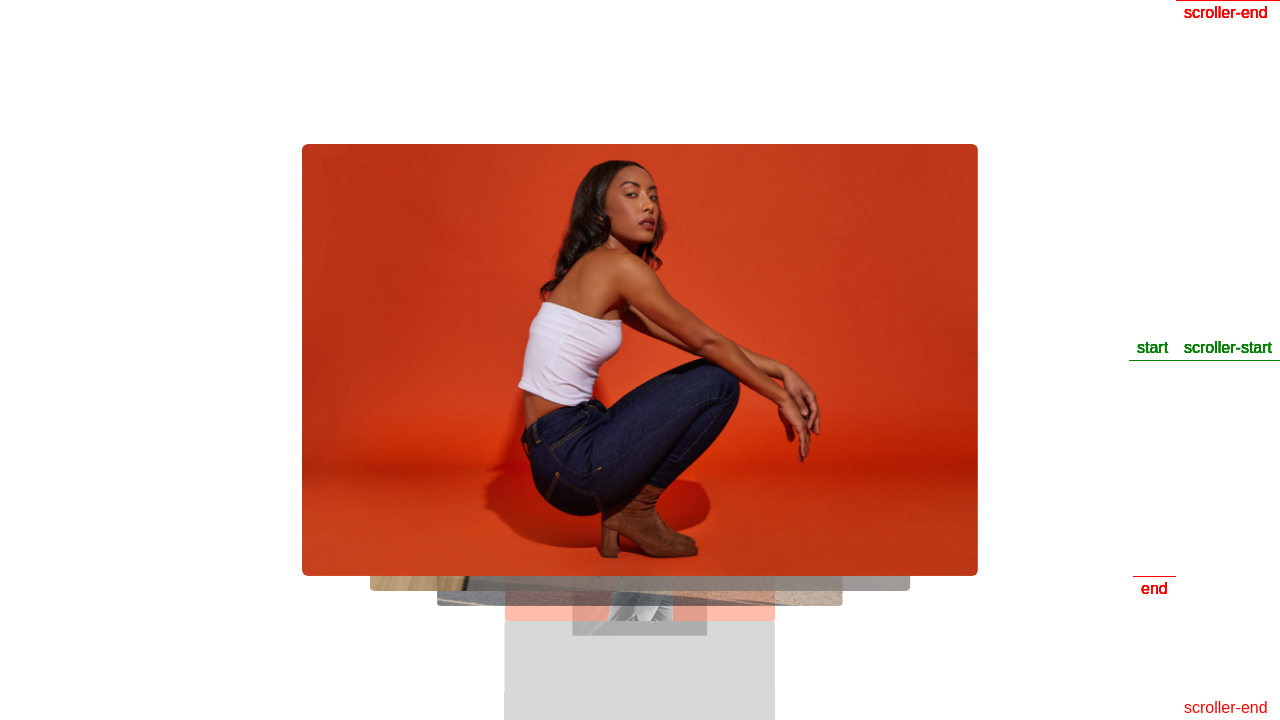
Repository: lwygold/motion
Page: layout/이미지 위로 계속 올라가는레이아웃.html
An editor plug-in stored every save of this project. The page is shown before and after the next save, followed by the edit.
The browser window is 1280 px wide. The pictures show the window.
Pictures or frames that could not be fetched are drawn as grey boxes. A layer covers the whole window, so only the first screen is drawn.

Above is the page before, as saved 2023-02-20 17:23:44.

### layout/이미지 위로 계속 올라가는레이아웃.html
<!DOCTYPE html>
<html lang="ko">

<head>
    <meta http-equiv="Content-Type" content="text/html;charset=utf-8" />
    <meta name="viewport" content="width=device-width, user-scalable=no, target-densitydpi=medium-dpi" />
    <meta name="apple-mobile-web-app-capable" content="yes" />
    <meta name="format-detection" content="telephone=no" />
    <meta http-equiv="X-UA-Compatible" content="IE=edge" />
    <meta http-equiv="x-rim-auto-match" content="none" />
    <link rel="shortcut icon" href="./images/favicon.ico" />
    <link rel="stylesheet" type="text/css" href="../assets/css/slick.css" />
    <link rel="stylesheet" type="text/css" href="../assets/css/common.css" />
    <link rel="stylesheet" type="text/css" href="../assets/css/main.css" />
    <link rel="stylesheet" type="text/css" href="../assets/css/sub.css" />
    <title>테스트</title>
    <script src="../assets/js/jquery-3.3.1.min.js"></script>
    <script src="../assets/js/jquery-ui.min.js"></script>
    <script src="../assets/js/slick.min.js"></script>
    <script src="../assets/js/gsap.js"></script>
    <script src="../assets/js/gsap_scroll_trigger.js"></script>
    <script src="../assets/js/green.js"></script>
    <script src="../assets/js/common.js"></script>
    <script src="../assets/js/main.js"></script>
    <script src="../assets/js/sub.js"></script>
</head>

<style>
    section {
        width: 100vw;
        height: 100vh;
    }

    section ul {
        align-items: center;
        display: flex;
        height: 100%;
        justify-content: center;
        left: 0;
        position: fixed;
        top: 0;
        width: 100%;
        max-height: 100vh;
    }

    section ul li {
        border-radius: 0.4861111111vw;
        cursor: pointer;
        height: 60vh;
        overflow: hidden;
        position: absolute;
        -webkit-transform-origin: bottom;
        transform-origin: bottom;
        width: 52.7777777744vw;
        will-change: transform, opacity;
    }



    section ul li:nth-child(1) {
        z-index: 5;
    }

    section ul li:nth-child(2) {
        z-index: 4;
    }

    section ul li:nth-child(3) {
        z-index: 3;
    }

    section ul li:nth-child(4) {
        z-index: 2;
    }

    section ul li:nth-child(5) {
        z-index: 1;
    }


    section ul li div {
        height: 100%;
        -webkit-transform: none;
        transform: none;
        transition: -webkit-transform 1.2s cubic-bezier(.165, .84, .44, 1);
        transition: transform 1.2s cubic-bezier(.165, .84, .44, 1);
        transition: transform 1.2s cubic-bezier(.165, .84, .44, 1), -webkit-transform 1.2s cubic-bezier(.165, .84, .44, 1);
        width: 100%;
        will-change: transform;
    }

    section ul li div img {
        height: 100%;
        -o-object-fit: cover;
        object-fit: cover;
        -o-object-position: center;
        object-position: center;
        width: 100%;
        -webkit-transform: none;
        transform: none;
        -webkit-transform-origin: center;
        transform-origin: center;
        transition: -webkit-transform 1.6s cubic-bezier(.165, .84, .44, 1);
        transition: transform 1.6s cubic-bezier(.165, .84, .44, 1);
        transition: transform 1.6s cubic-bezier(.165, .84, .44, 1), -webkit-transform 1.6s cubic-bezier(.165, .84, .44, 1);
        width: 100%;
        will-change: transform;
    }

    section ul li div img:hover {
        -webkit-transform: scale(1.1);
        transform: scale(1.1);
    }
</style>

<body>

    <section class="s1">
        <ul>
            <li class="panel s1-1 panel_first">
                <div>
                    <img src="./images/1.jpg" alt="">
                </div>
            </li>
            <li class="panel s1-2">
                <div>
                    <img src="./images/2.jpg" alt="">
                </div>
            </li>
            <li class="panel s1-3">
                <div>
                    <img src="./images/3.jpg" alt="">
                </div>
            </li>
            <li class="panel s1-4">
                <div>
                    <img src="./images/4.jpg" alt="">
                </div>
            </li>
            <li class="panel s1-5">
                <div>
                    <img src="./images/5.jpg" alt="">
                </div>
            </li>
            <li class="panel s1-6">
                <div>
                    <img src="./images/6.jpg" alt="">
                </div>
            </li>
            <li class="panel s1-7">
                <div>
                    <img src="./images/6.jpg" alt="">
                </div>
            </li>
        </ul>
    </section>


    <script>
        const $ul = $('ul');
        const $li = $('ul li');
        const li_cnt = $('ul li').length;

        $li.each((i, e) => {
            $(e).css("transform", "translateY(" + i * 15 + "px) scale(" + (1 - (0.1 * (i * (2)))) + ")");
            $(e).css("opacity", 1 - (0.1 * (i * (2))));
            $(e).attr("filter", "grayscale(" + i * 33 + "%);");
        });



        $(function () {

            gsap.registerPlugin(ScrollTrigger);

            let panels = gsap.utils.toArray(".panel");

            let tl1 = gsap.timeline({
                scrollTrigger: {
                    trigger: $ul,
                    start: "center center",
                    end: () => innerHeight * 3,
                    pin: true,
                    scrub: true,
                    markers: true,
                }
            });

            let tl2 = gsap.timeline({
                scrollTrigger: {
                    trigger: '.panel_first',
                    start: "center center",
                    end: "bottom top",
                    scrub: true,
                    markers: true,
                }
            });

            let tl3 = gsap.timeline({
                scrollTrigger: {
                    trigger: '.panel_first',
                    start: "center center",
                    end: "bottom top",
                    scrub: true,
                    markers: true,
                }
            });

            let tl4 = gsap.timeline({
                scrollTrigger: {
                    trigger: '.panel_first',
                    start: "center center",
                    end: "bottom top",
                    scrub: true,
                    markers: true,
                }
            });

            let tl5 = gsap.timeline({
                scrollTrigger: {
                    trigger: '.panel_first',
                    start: "center center",
                    end: "bottom top",
                    scrub: true,
                    markers: true,
                }
            });

            let tl6 = gsap.timeline({
                scrollTrigger: {
                    trigger: '.panel_first',
                    start: "center center",
                    end: "bottom top",
                    scrub: true,
                    markers: true,
                }
            });

            panels.forEach((panel, i) => {
                console.log(panel);

                tl1.to(panel, {
                    yPercent: -150,
                });

                tl2.to('section ul li:nth-child('+(i+1)+')', {
                    y:0,
                    opacity:1,
                    scale: 1,
                });

                tl3.to('section ul li:nth-child('+(i+2)+')', {
                    y: 15+"px",
                    opacity:0.8,
                    scale: 0.8,
                });

                tl4.to('section ul li:nth-child('+(i+3)+')', {
                    y: 30+"px",
                    opacity:0.6,
                    scale: 0.6,
                });

                tl5.to('section ul li:nth-child('+(i+3)+')', {
                    y: 45+"px",
                    opacity:0.4,
                    scale: 0.4,
                });

                tl6.to('section ul li:nth-child(6)', {
                    y: 60+"px",
                    opacity:0.2,
                    scale: 0.2,
                });


            });
















        });

    </script>
</body>

</html>

### assets/css/common.css
@charset "utf-8";

@font-face {
  font-family: "NotoSansKR";
  font-style: normal;
  font-weight: 100;
  src: url(fonts/NotoSansKR-ExtraLight.woff) format("woff");
}

@font-face {
  font-family: "NotoSansKR";
  font-style: normal;
  font-weight: 200;
  src: url(fonts/NotoSansKR-Light.woff) format("woff");
}

@font-face {
  font-family: "NotoSansKR";
  font-style: normal;
  font-weight: 300;
  src: url(fonts/NotoSansKR-DemiLight.woff) format("woff");
}

@font-face {
  font-family: "NotoSansKR";
  font-style: normal;
  font-weight: 400;
  src: url(fonts/NotoSansKR-Regular.woff) format("woff");
}

@font-face {
  font-family: "NotoSansKR";
  font-style: normal;
  font-weight: 500;
  src: url(fonts/NotoSansKR-Medium.woff) format("woff");
}

@font-face {
  font-family: "NotoSansKR";
  font-style: normal;
  font-weight: 600;
  src: url(fonts/NotoSansKR-Bold.woff) format("woff");
}

@font-face {
  font-family: "NotoSansKR";
  font-style: normal;
  font-weight: 700;
  src: url(fonts/NotoSansKR-Bold-Hestia.woff) format("woff");
}

@font-face {
  font-family: "NotoSansKR";
  font-style: normal;
  font-weight: 800;
  src: url(fonts/NotoSansKR-Black-Hestia.woff) format("woff");
}

@font-face {
  font-family: "Montserrat";
  font-style: normal;
  font-weight: 100;
  src: url(fonts/Montserrat-ExtraLight.woff) format("woff");
}

@font-face {
  font-family: "Montserrat";
  font-style: normal;
  font-weight: 200;
  src: url(fonts/Montserrat-Light.woff) format("woff");
}

@font-face {
  font-family: "Montserrat";
  font-style: normal;
  font-weight: 300;
  src: url(fonts/Montserrat-Regular.woff) format("woff");
}

@font-face {
  font-family: "Montserrat";
  font-style: normal;
  font-weight: 400;
  src: url(fonts/Montserrat-Regular.woff) format("woff");
}

@font-face {
  font-family: "Montserrat";
  font-style: normal;
  font-weight: 500;
  src: url(fonts/Montserrat-Medium.woff) format("woff");
}

@font-face {
  font-family: "Montserrat";
  font-style: normal;
  font-weight: 600;
  src: url(fonts/Montserrat-Bold.woff) format("woff");
}

@font-face {
  font-family: "Montserrat";
  font-style: normal;
  font-weight: 700;
  src: url(fonts/Montserrat-ExtraBold.woff) format("woff");
}

@font-face {
  font-family: "Montserrat";
  font-style: normal;
  font-weight: 800;
  src: url(fonts/Montserrat-ExtraBlack.woff) format("woff");
}

@font-face {
  font-family: "Saira";
  font-style: normal;
  font-weight: 100;
  src: url(fonts/Saira-ExtraLight.woff) format("woff");
}

@font-face {
  font-family: "Saira";
  font-style: normal;
  font-weight: 200;
  src: url(fonts/Saira-Light.woff) format("woff");
}

@font-face {
  font-family: "Saira";
  font-style: normal;
  font-weight: 300;
  src: url(fonts/Saira-Regular.woff) format("woff");
}

@font-face {
  font-family: "Saira";
  font-style: normal;
  font-weight: 400;
  src: url(fonts/Saira-Regular.woff) format("woff");
}

@font-face {
  font-family: "Saira";
  font-style: normal;
  font-weight: 500;
  src: url(fonts/Saira-Medium.woff) format("woff");
}

@font-face {
  font-family: "Saira";
  font-style: normal;
  font-weight: 600;
  src: url(fonts/Saira-Bold.woff) format("woff");
}

@font-face {
  font-family: "Saira";
  font-style: normal;
  font-weight: 700;
  src: url(fonts/Saira-ExtraBold.woff) format("woff");
}

@font-face {
  font-family: "Saira";
  font-style: normal;
  font-weight: 800;
  src: url(fonts/Saira-Black.woff) format("woff");
}

@font-face {
  font-family: "NanumSquare";
  font-style: normal;
  font-weight: 200;
  src: url(fonts/NanumSquareL.woff) format("woff");
}

@font-face {
  font-family: "NanumSquare";
  font-style: normal;
  font-weight: 400;
  src: url(fonts/NanumSquareR.woff) format("woff");
}

@font-face {
  font-family: "NanumSquare";
  font-style: normal;
  font-weight: 600;
  src: url(fonts/NanumSquareB.woff) format("woff");
}

@font-face {
  font-family: "NanumSquare";
  font-style: normal;
  font-weight: 700;
  src: url(fonts/NanumSquareEB.woff) format("woff");
}

@font-face {
  font-family: "play";
  font-style: normal;
  font-weight: 400;
  src: url(fonts/Play-Regular.woff) format("woff");
}

@font-face {
  font-family: "play";
  font-style: normal;
  font-weight: 600;
  src: url(fonts/Play-Bold.woff) format("woff");
}

@font-face {
  font-family: "Lovelace";
  font-style: normal;
  font-weight: 100;
  src: url(fonts/Lovelace-ExtraLight.woff) format("woff");
}

@font-face {
  font-family: "Lovelace";
  font-style: normal;
  font-weight: 200;
  src: url(fonts/Lovelace-Light.woff) format("woff");
}

@font-face {
  font-family: "Lovelace";
  font-style: normal;
  font-weight: 400;
  src: url(fonts/Lovelace-Regular.woff) format("woff");
}

@font-face {
  font-family: "Lovelace";
  font-style: normal;
  font-weight: 500;
  src: url(fonts/Lovelace-Medium.woff) format("woff");
}

@font-face {
  font-family: "Lovelace";
  font-style: normal;
  font-weight: 600;
  src: url(fonts/Lovelace-Bold.woff) format("woff");
}

@font-face {
  font-family: "Lovelace";
  font-style: normal;
  font-weight: 700;
  src: url(fonts/Lovelace-ExtraBold.woff) format("woff");
}

* {
  font-family: "NotoSansKR";
  box-sizing: border-box;
}

/* 여백 초기화 */
html,
body,
div,
span,
object,
iframe,
h1,
h2,
h3,
h4,
h5,
h6,
p,
blockquote,
pre,
abbr,
address,
cite,
code,
del,
dfn,
em,
img,
ins,
kbd,
q,
samp,
small,
strong,
sub,
sup,
var,
b,
i,
dl,
dt,
dd,
ol,
ul,
li,
fieldset,
form,
label,
legend,
table,
caption,
tbody,
tfoot,
thead,
tr,
th,
td,
article,
aside,
canvas,
details,
figcaption,
figure,
footer,
header,
hgroup,
menu,
nav,
section,
summary,
time,
mark,
audio,
video {
  margin: 0;
  padding: 0;
  border: 0;
  outline: 0;
  font-size: 100%;
  vertical-align: baseline;
  background: transparent;
}

* {
  -webkit-text-size-adjust: none;
  -moz-text-size-adjust: none;
  -ms-text-size-adjust: none;
}

html,
body {
  position: relative;
  margin: 0 auto;
  height: 100%;
  width: 100%;
}

body {
  line-height: 1;
}

article,
aside,
details,
figcaption,
figure,
footer,
header,
hgroup,
menu,
nav,
section {
  display: block;
}

ul,
li {
  list-style: none;
}

blockquote,
q {
  quotes: none;
}

blockquote:before,
blockquote:after,
q:before,
q:after {
  content: "";
  content: none;
}

a {
  margin: 0;
  padding: 0;
  color: #000;
  font-size: 100%;
  text-decoration: none;
  vertical-align: baseline;
  background: transparent;
}

del {
  text-decoration: line-through;
}

abbr[title],
dfn[title] {
  border-bottom: 1px dotted;
  cursor: help;
}

table {
  border-collapse: collapse;
  border-spacing: 0;
}

/* change border colour to suit your needs */

hr {
  display: block;
  height: 1px;
  border: 0;
  border-top: 1px solid #cccccc;
  margin: 1em 0;
  padding: 0;
}

input,
select {
  vertical-align: middle;
}

/*-------------------------------------------------------------------
    @input style
-------------------------------------------------------------------*/

button {
  -webkit-appearance: none;
  appearance: none;
  -webkit-border-radius: 0;
  border-radius: 0;
}

input[type="button"],
input[type="reset"],
input[type="text"],
input[type="password"],
input[type="submit"],
input[type="search"],
input[type="tel"],
input[type="email"] {
  -webkit-appearance: none;
  appearance: none;
  -webkit-border-radius: 0;
  border-radius: 0;
  font-size: 16px;
}

/*-------------------------------------------------------------------
    @select
-------------------------------------------------------------------*/
select {
  font-family: "Noto Sans KR";
  font-size: 19px;
  -webkit-appearance: none;
  -moz-appearance: none;
  appearance: none;
  background-image: url(../images/sl_btn.png);
  background-repeat: no-repeat;
  background-position: 93% 50%;
  background-size: 15px;
  background-color: #fff;
  border: none;
  width: 100%;
}

/*-------------------------------------------------------------------
    @select IE10,11의 네이티브 화살표 숨기기
-------------------------------------------------------------------*/
select::-ms-expand {
  display: none;
}

/*-------------------------------------------------------------------
    @clearfix
-------------------------------------------------------------------*/
.clearfix {
  *zoom: 1;
}

.clearfix:before,
.clearfix:after {
  display: block;
  content: "";
  line-height: 0;
}

.clearfix:after {
  clear: both;
}

.fl {
  float: left;
}

.fr {
  float: right;
}

/*-------------------------------------------------------------------
    @공통서브
-------------------------------------------------------------------*/

section {
  box-sizing: border-box;
  overflow: hidden;
  position: relative;
  width: 100%;
  max-width: 1920px;
  margin: 0 auto;
}

.inner {
  width: 100%;
  max-width: 1280px;
  padding: 0px 40px;
  box-sizing: border-box;
}

/* 가로 양옆으로  */
.flex__lrc,
.flex__lrc2 {
  display: flex;
  flex-direction: row;
  flex-wrap: wrap;
  justify-content: space-between;
  align-items: center;
}

.flex__lrt,
.flex__lrt2 {
  display: flex;
  flex-direction: row;
  flex-wrap: wrap;
  justify-content: space-between;
  align-items: flex-start;
}

.flex__lrb,
.flex__lrb2 {
  display: flex;
  flex-direction: row;
  flex-wrap: wrap;
  justify-content: space-between;
  align-items: flex-end;
}

/* 가로 가운데 새로 가운데 */
.flex__cc,
.flex__cc1,
.flex__cc2 {
  display: flex;
  flex-direction: row;
  flex-wrap: wrap;
  justify-content: center;
  align-items: center;
}

.flex__lrc2 > div,
.flex__lrt2 > div,
.flex__lrb2 > div,
.flex__cc2 > div {
    width: 50%;
}

.h100 {
    height: 100%;
}

.w100 {
    width: 100%;
}

.row2,
.row3,
.row4,
.row5 {
    display: flex;
    flex-direction: row;
    flex-wrap: wrap;
}

.row2 > .col {
    width: 50%;
}

.row3 > .col {
    width: 33.33%;
}

.row4 > .col {
    width: 25%;
}

.row5 > .col {
    width: 20%;
}


@media only screen and (max-width: 640px) {
}

### assets/css/main.css
body {
 font-size:0;
}


section.section4 {
 height: 400vh;
}

.header-section {
 padding: 0 15px;
 text-align: center;
 margin: 0;
 height: 100vh;
 color: #000;
 font-size: 35px;
 display: flex;
 align-items: center;
 justify-content: center;
}

.nav {
 display: flex;
 position: fixed;
 right:100px;
 top:50%;
 transform: translateY(-50%);
 z-index: 11;
}

.nav > div {
 position: relative;
 width: 2px;
 height: 55px;
 background: transparent;
 z-index: 1;
}

.nav > div:after {
 content:'';
 position: absolute;
 left:0;
 top:0;
 width:3px;
 height: 55px;
 background: rgba(255,255,255, 0.3);
 z-index: 2;
}

.nav div > div {
 position: absolute;
 left:0;
 top:0;
 width:2px;
 height:0;
 background: #fff;
}


.gridBlock {
 opacity: 0;
}


/* Grid almost fully pulled from https://www.rino-pelle.com/ */
.grid-container {
 width: 100vw;
 height: 400vh;
 position: relative;
}
.grid {
 top: 0;
 left: 0;
 z-index: 1;
 width: 70vw;
 height: 60vw;
 margin: 0 calc(100vw / 20 * 3);
 position: absolute;

}
@media only screen and (max-width: 580px) {
 .grid {
 margin: 0;
 width: 100vw;
 height: 89.444vw;
}
}
.gridBlock {
 background-size: cover;
 background-color: darkgray;
}
.gridLayer {
 top: 0;
 left: 0;
 width: 100%;
 height: 100%;
 position: absolute;
 will-change: transform;
 transform-origin: 44.951% 50%;
}
.gridLayer:nth-child(1) .gridBlock {
 top: 5vw;
 left: 20vw;
 width: 10vw;
 height: 10vw;
}
@media only screen and (max-width: 580px) {
 .gridLayer:nth-child(1) .gridBlock {
 top: 11.111vw;
 left: 23.889vw;
 width: 15vw;
 height: 15vw;
}
}
.gridLayer:nth-child(2) .gridBlock {
 top: 0;
 left: 32.5vw;
 width: 15vw;
 height: 15vw;
}
@media only screen and (max-width: 580px) {
 .gridLayer:nth-child(2) .gridBlock {
 top: 0;
 left: 43.333vw;
 width: 26.389vw;
 height: 26.389vw;
}
}
.gridLayer:nth-child(3) .gridBlock {
 left: 0;
 top: 25vw;
 width: 15vw;
 height: 15vw;
}
@media only screen and (max-width: 580px) {
 .gridLayer:nth-child(3) .gridBlock {
 top: 30.278vw;
 left: 0;
 width: 26.389vw;
 height: 26.389vw;
}
}
.gridLayer:nth-child(4) .gridBlock {
 top: 17.5vw;
 left: 17.5vw;
 width: 30vw;
 height: 30vw;
}
@media only screen and (max-width: 580px) {
 .gridLayer:nth-child(4) .gridBlock {
 top: 30.278vw;
 left: 30.278vw;
 width: 39.444vw;
 height: 39.444vw;
}
}
.gridLayer:nth-child(5) {
 z-index: 1;
}
.gridLayer:nth-child(5) .gridBlock {
 top: 20vw;
 left: 50vw;
 width: 5vw;
 height: 5vw;
}
@media only screen and (max-width: 580px) {
 .gridLayer:nth-child(5) .gridBlock {
 top: 23.889vw;
 left: 73.889vw;
 width: 15.278vw;
 height: 15.278vw;
}
}
.gridLayer:nth-child(5) a {
 height: 100%;
 display: flex;
 align-items: center;
 justify-content: center;
}
.gridLayer:nth-child(5) svg {
 width: 1.75vw;
}
@media only screen and (max-width: 580px) {
 .gridLayer:nth-child(5) svg {
 width: 4.722vw;
}
}
.gridLayer:nth-child(6) .gridBlock {
 left: 50vw;
 top: 27.5vw;
 width: 20vw;
 height: 20vw;
}
@media only screen and (max-width: 580px) {
 .gridLayer:nth-child(6) .gridBlock {
 top: 43.889vw;
 left: 73.889vw;
 width: 26.389vw;
 height: 26.389vw;
}
}
.gridLayer:nth-child(7) .gridBlock {
 left: 10vw;
 top: 42.5vw;
 width: 5vw;
 height: 5vw;
}
@media only screen and (max-width: 580px) {
 .gridLayer:nth-child(7) .gridBlock {
 display: none;
}
}
.gridLayer:nth-child(8) .gridBlock {
 bottom: 5vw;
 left: 42.5vw;
 width: 5vw;
 height: 5vw;
}
@media only screen and (max-width: 580px) {
 .gridLayer:nth-child(8) .gridBlock {
 display: none;
}
}
.gridLayer:nth-child(9) .gridBlock {
 bottom: 0;
 left: 50vw;
 width: 10vw;
 height: 10vw;
}
@media only screen and (max-width: 580px) {
 .gridLayer:nth-child(9) .gridBlock {
 top: 73.889vw;
 left: 58.889vw;
 width: 15.278vw;
 height: 15.278vw;
}
}
.gridBlock {
 display: block;
 position: absolute;
}



@media only screen and (max-width: 640px) {

}

### assets/css/sub.css

@media only screen and (max-width: 640px) {

}

### assets/js/common.js
var clickType = "click";
if ("ontouchstart" in document.documentElement) {
    clickType = "touchstart";
}
$(function () {

})

### assets/js/main.js
$(function () {



});

### assets/js/sub.js
$(function () {

})

Loaded but not shown: assets/css/slick.css (common file); assets/js/jquery-3.3.1.min.js (library); assets/js/jquery-ui.min.js (library); assets/js/slick.min.js (library); assets/js/gsap.js (library); assets/js/gsap_scroll_trigger.js (library); assets/js/green.js (187 lines, source omitted)

After the next save:
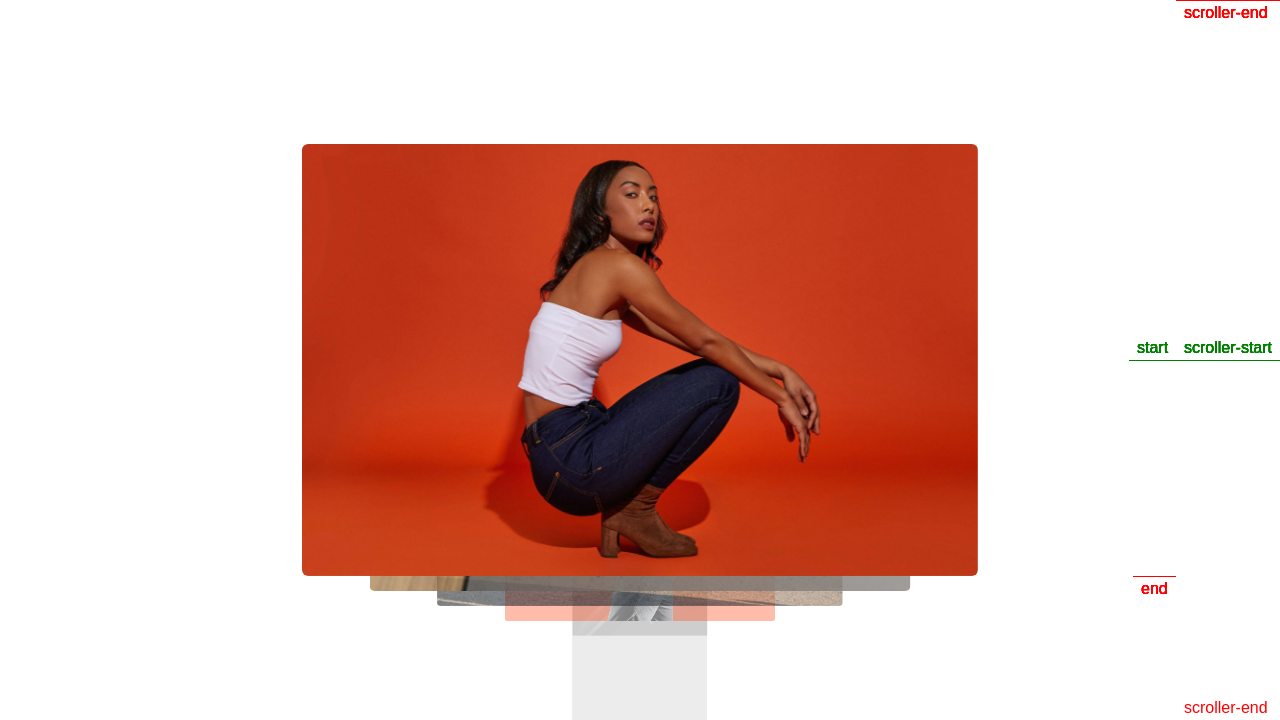
Saved 7 s later.
--- a/layout/이미지 위로 계속 올라가는레이아웃.html
+++ b/layout/이미지 위로 계속 올라가는레이아웃.html
@@ -261,13 +261,13 @@
                     scale: 0.6,
                 });
 
-                tl5.to('section ul li:nth-child('+(i+3)+')', {
+                tl5.to('section ul li:nth-child('+(i+4)+')', {
                     y: 45+"px",
                     opacity:0.4,
                     scale: 0.4,
                 });
 
-                tl6.to('section ul li:nth-child(6)', {
+                tl6.to('section ul li:nth-child('+(i+5)+')', {
                     y: 60+"px",
                     opacity:0.2,
                     scale: 0.2,
